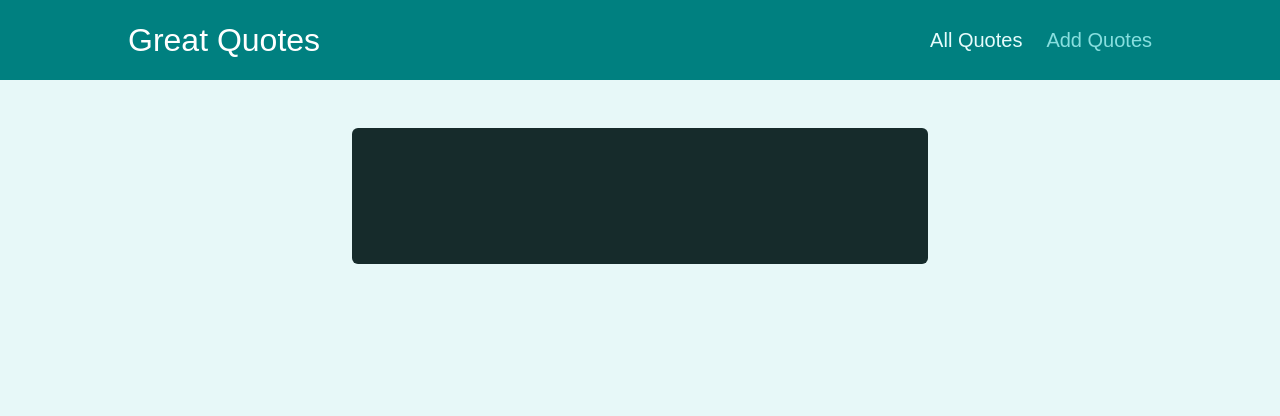
Repository: NamalPathirana/react-router-prac-two-demo
Page: /quotes/q1
An editor plug-in stored every save of this project. The page is shown before and after the next save, followed by the edit.
The browser window is 1280 px wide. The pictures show the whole page.
The project was rebuilt for these pictures with package versions that can differ from the ones it lists, and the page was loaded fresh each time. Also part of the build but not shown: src/components/UI/Card.module.css, src/components/UI/Card.js, src/components/UI/LoadingSpinner.module.css, src/components/UI/LoadingSpinner.js, src/components/quotes/QuoteForm.module.css, src/components/quotes/QuoteForm.js, src/components/pages/AddQuotes.js, src/components/comments/Comments.module.css and 8 more.

Above is the page before, as saved 2022-04-20 14:41:11.

After the next save:
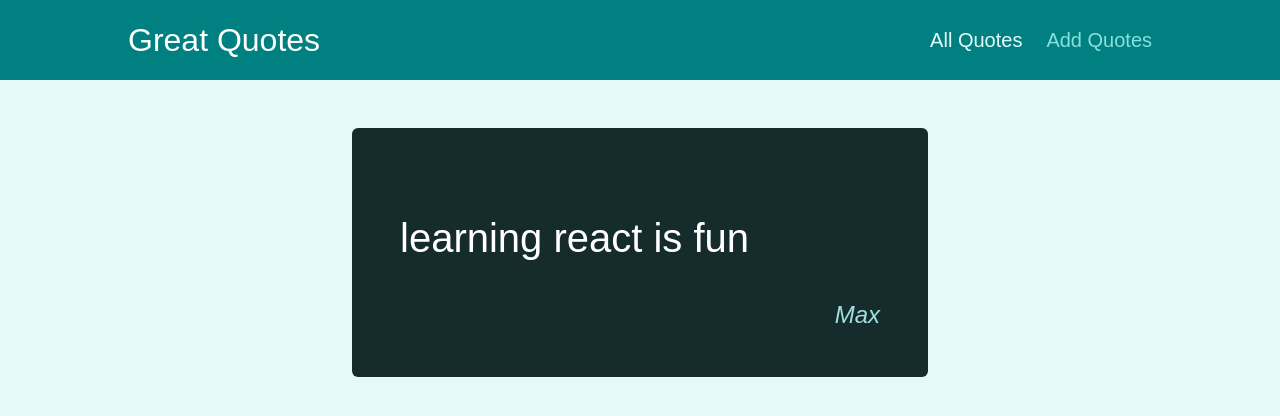
Saved 4 min 7 s later.
--- a/src/components/pages/Quote-details.js
+++ b/src/components/pages/Quote-details.js
@@ -11,9 +11,11 @@ const DUMMY_QUOTES = [
 const QuotesDetails = () => {
   const params = useParams();
 
+  const quote = DUMMY_QUOTES.find((element)=>{return element.id === params.quoteID});
+
   return (
     <Fragment>
-      <HighlightedQuote />
+      <HighlightedQuote text={quote.text} author={quote.author} />
       <Route path={`/quotes/${params.quoteID}/comments`}>
         <Comments></Comments>
       </Route>
